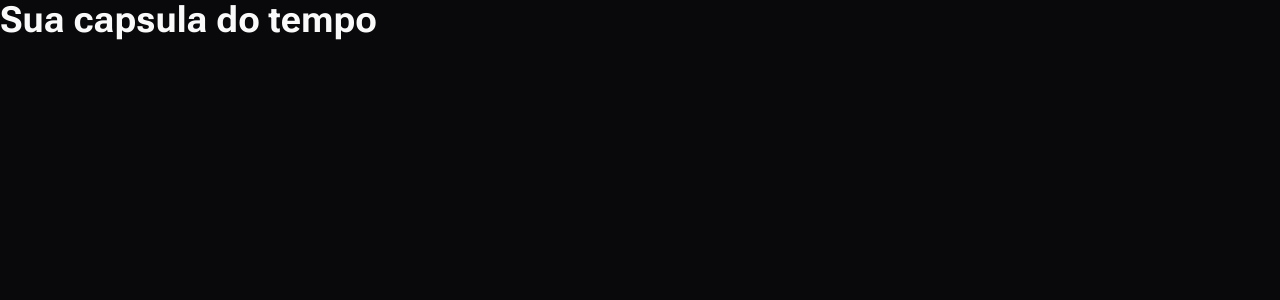
Repository: viniimartins/NLWSpacetime
Page: /
The author's editor kept a copy of each file at every save. The page is drawn from the files as they stood at one save, then again after the next save.
The browser window is 1280 px wide. The pictures show the whole page.
Some web fonts or font styles are not loaded; a fallback is used. The project was rebuilt for these pictures with package versions that can differ from the ones it lists, and the page was loaded fresh each time. The framework's server and built-in components were replaced by stand-ins that run in the browser. Also part of the build but not shown: next.config.js.

Above is the page before, as saved 2023-05-17 15:17:36.

After the next save:
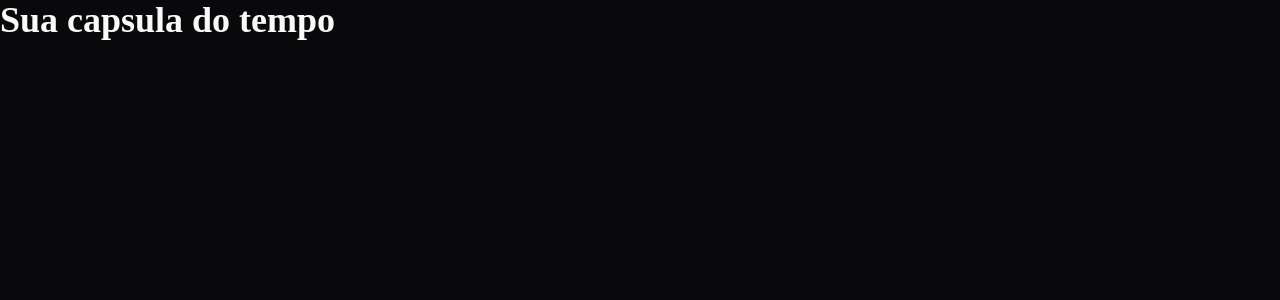
Saved 21 s later.
--- a/src/app/layout.tsx
+++ b/src/app/layout.tsx
@@ -24,7 +24,7 @@
 }) {
   return (
     <html lang="en">
-      <body className={`${roboto.variable} font-sans`}>{children}</body>
+      <body className={`${roboto.variable}  $font-sans`}>{children}</body>
     </html>
   );
 }

After the 4 saves that followed:
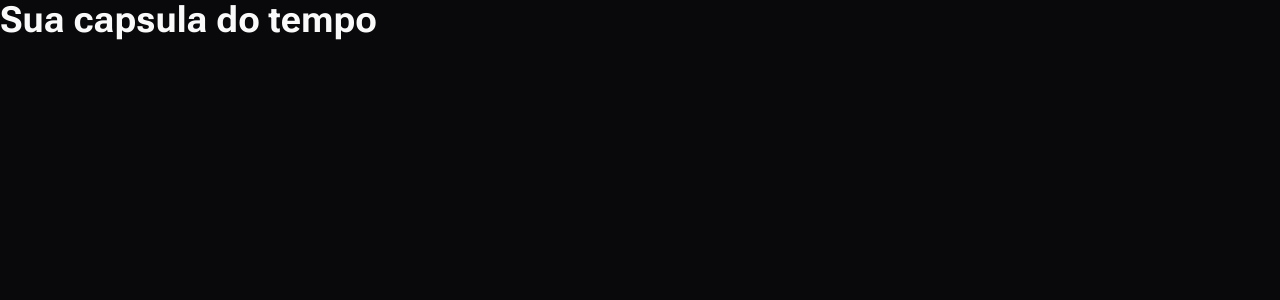
The 4 saves are shown as one change because they came seconds apart.
The last was saved 11 s later.
--- a/src/app/layout.tsx
+++ b/src/app/layout.tsx
@@ -24,7 +24,9 @@
 }) {
   return (
     <html lang="en">
-      <body className={`${roboto.variable}  $font-sans`}>{children}</body>
+      <body className={`${roboto.variable}  ${baiJamjuree.variable} font-sans`}>
+        {children}
+      </body>
     </html>
   );
 }
